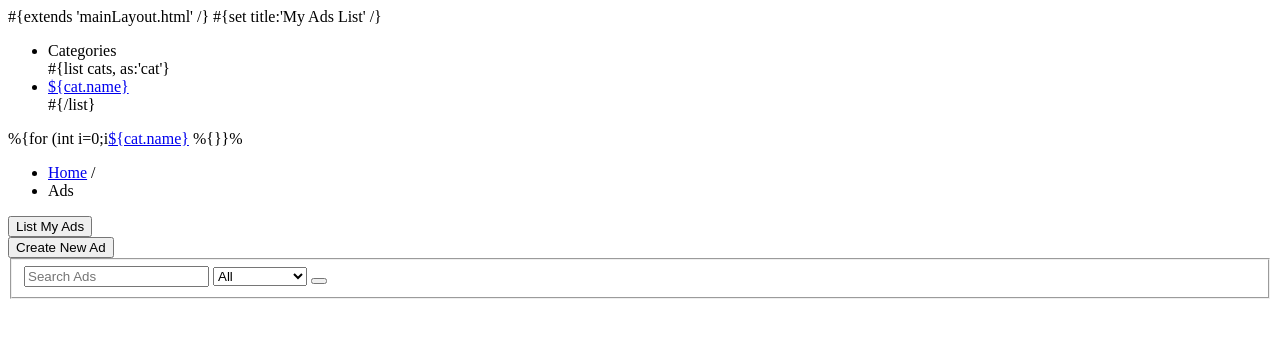
Repository: Maalejm/SEBA
Page: SlifeWebSite/app/views/Ads/index.html
The author's editor kept a copy of each file at every save. The page is drawn from the files as they stood at one save, then again after the next save.
The browser window is 1280 px wide. The pictures show the whole page.

Above is the page before, as saved 2013-06-17 11:27:54.
Console error: SyntaxError: Invalid or unexpected token

After the next save:
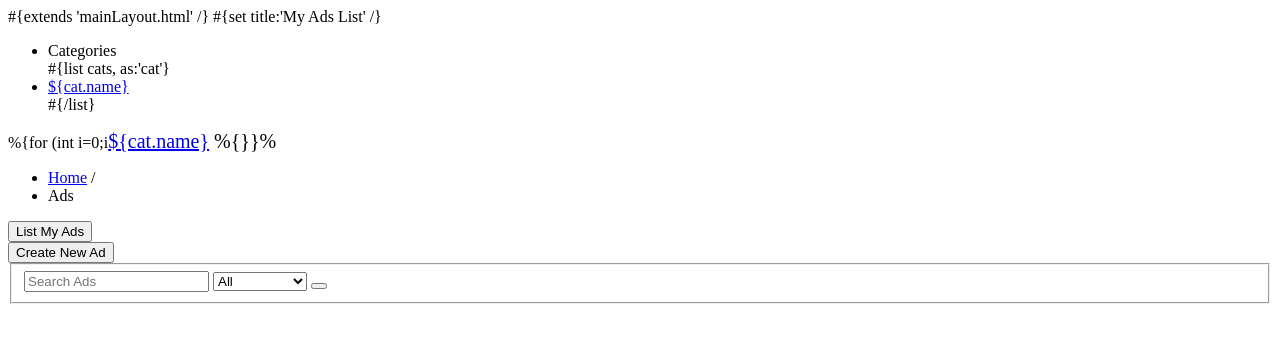
Saved 4 s later.
--- a/SlifeWebSite/app/views/Ads/index.html
+++ b/SlifeWebSite/app/views/Ads/index.html
@@ -25,7 +25,7 @@
                     <div>
 
                       %{for (int i=0;i<cats.size();i++) { }%
-                       <span style="font-size:px"><a class="catNav" href="${cat.id}">${cat.name}</a></span>
+                       <span style="font-size:20px"><a class="catNav" href="${cat.id}">${cat.name}</a></span>
                       %{}}%
 
 

After the save that followed:
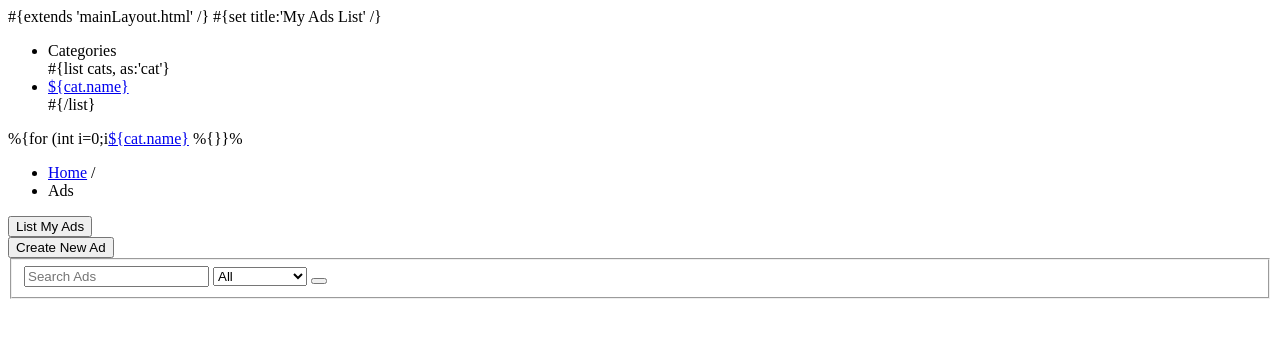
Saved 59 s later.
--- a/SlifeWebSite/app/views/Ads/index.html
+++ b/SlifeWebSite/app/views/Ads/index.html
@@ -24,8 +24,10 @@
 
                     <div>
 
-                      %{for (int i=0;i<cats.size();i++) { }%
-                       <span style="font-size:20px"><a class="catNav" href="${cat.id}">${cat.name}</a></span>
+                      %{for (int i=0;i<cats.size();i++) {
+                        int fontsize=20;
+                       }%
+                       <span style="font-size:${fontsize}px"><a class="catNav" href="${cat.id}">${cat.name}</a></span>
                       %{}}%
 
 
